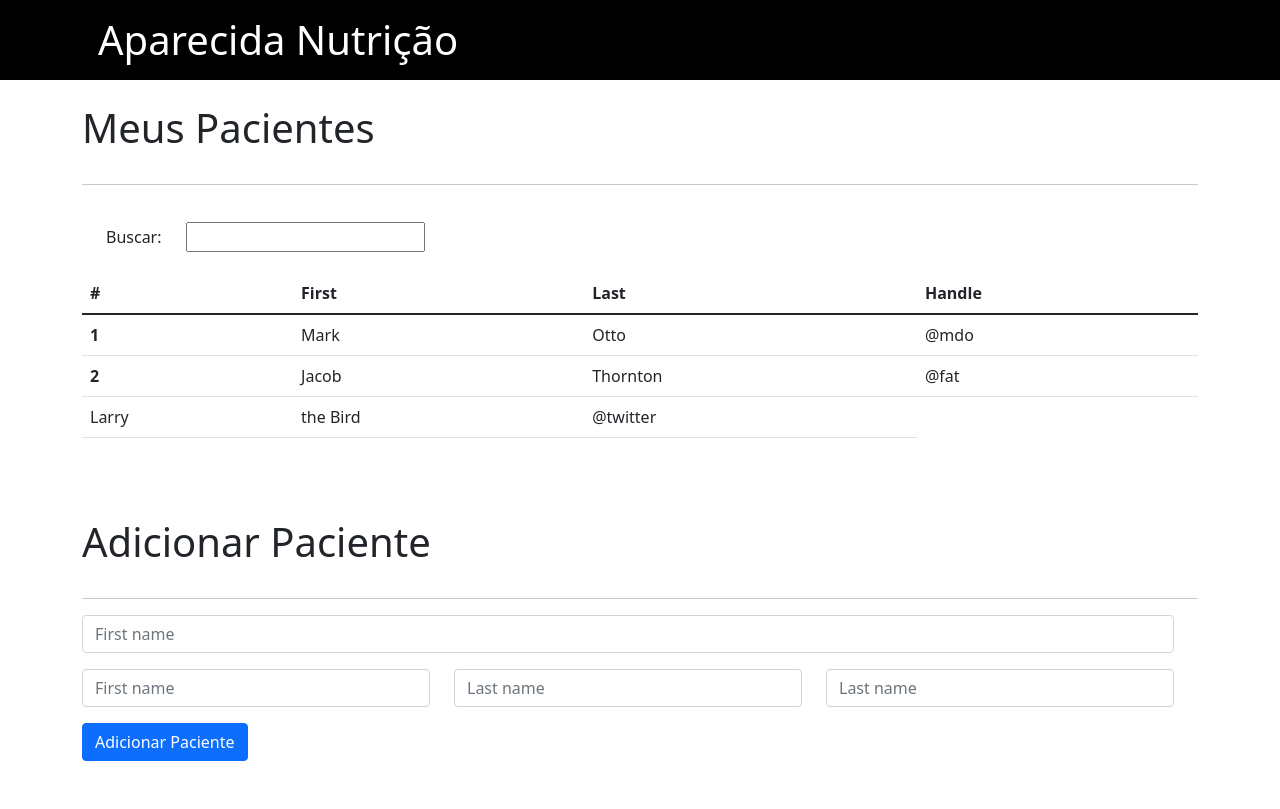
Repository: eversonps/app-paciente
Page: / (app in frontend/)
These files come from the project's save history. The page is drawn as it stood at one moment and after the next save; the edit follows.
The browser window is 1280 px wide. The pictures show the whole page.
The project was rebuilt for these pictures with package versions that can differ from the ones it lists, and the page was loaded fresh each time.

Above is the page before, as saved 2022-03-28 14:44:14.

### frontend/src/index.js
import React from 'react';
import ReactDOM from 'react-dom';
import './index.css';
import App from './App';
import  '../node_modules/bootstrap/dist/css/bootstrap.min.css'

ReactDOM.render(
    <App />,
    document.getElementById('root')
);

### frontend/src/App.jsx
import Header from "./components/Header";
import MyPacients from "./components/MyPacients";
import Main from "./components/Main"
import AddPacient from "./components/AddPacient";

function App() {
  return (
    <div className="App">
        <Header></Header>
        <Main>
            <MyPacients></MyPacients>
            <AddPacient></AddPacient>
        </Main>
    </div>
  );
}

export default App;

### frontend/src/components/Header.jsx
import React from "react";

export default props => {
    return (
        <header className="bg-black">
            <div className="container">
                <h1 className="text-white p-3">Aparecida Nutrição</h1>
            </div>
        </header>
    )
}

### frontend/src/components/MyPacients.jsx
import React from "react";
import FilterPacients from "../Templates/FilterPacients";
import Table from "../Templates/Table";
import Title from "../Templates/Title";

export default props => (
    <div>
        <Title name="Meus Pacientes"></Title>

        <FilterPacients></FilterPacients>
        <Table></Table>
    </div>
)

### frontend/src/components/Main.jsx
import React from "react";

export default props => (
    <main className="container">
        {props.children}
    </main>
)

### frontend/src/components/AddPacient.jsx
import React from "react";
import FormPacients from "../Templates/FormPacients";
import Title from "../Templates/Title"
import Button from "../Templates/Button";

export default props => (
    <div className="py-5">
        <Title name="Adicionar Paciente"></Title>
        <FormPacients></FormPacients>
        <div className="mt-3">
            <Button type="primary" name="Adicionar Paciente"></Button>
        </div>
    </div>
)

### frontend/src/Templates/FilterPacients.jsx
import React from "react";

export default props => (
    <div>
        <label className="m-4">Buscar: </label>
        <input type="text" />
    </div>
)

### frontend/src/Templates/Table.jsx
import React from "react";

export default props => (
    <div>
        <table class="table">
        <thead class="thead-dark">
            <tr>
                <th scope="col">#</th>
                <th scope="col">First</th>
                <th scope="col">Last</th>
                <th scope="col">Handle</th>
            </tr>
        </thead>
        <tbody>
            <tr>
                <th scope="row">1</th>
                <td>Mark</td>
                <td>Otto</td>
                <td>@mdo</td>
            </tr>
                <tr>
                <th scope="row">2</th>
                <td>Jacob</td>
                <td>Thornton</td>
                <td>@fat</td>
                </tr>
            <tr>
                <td>Larry</td>
                <td>the Bird</td>
                <td>@twitter</td>
                </tr>
            </tbody>
        </table>
    </div>

)

### frontend/src/Templates/Title.jsx
import React from "react";

export default props => (
    <div>
        <h1 className="pt-3 py-3">{props.name}</h1>
        <hr />
    </div>
)

### frontend/src/Templates/FormPacients.jsx
import React from "react";

export default props => (
    <form>
        <div className="row">
            <div className="row mb-3">
                <div className="col">
                    <input type="text" className="form-control" placeholder="First name" />
                </div>
            </div>
            <div className="row">
                <div className="col">
                    <input type="text" className="form-control" placeholder="First name" />
                </div>
                <div className="col">
                    <input type="text" className="form-control" placeholder="Last name" />
                </div>
                <div className="col">
                    <input type="text" className="form-control" placeholder="Last name" />
                </div>
            </div>
        </div>
    </form>
)

### frontend/src/Templates/Button.jsx
import React from "react";

export default props => (
    <button type="button" class={`btn btn-${props.type}`}>{props.name}</button>
)

Loaded but not shown: frontend/public/index.html (common file); frontend/src/index.css (common file)

After the next save:
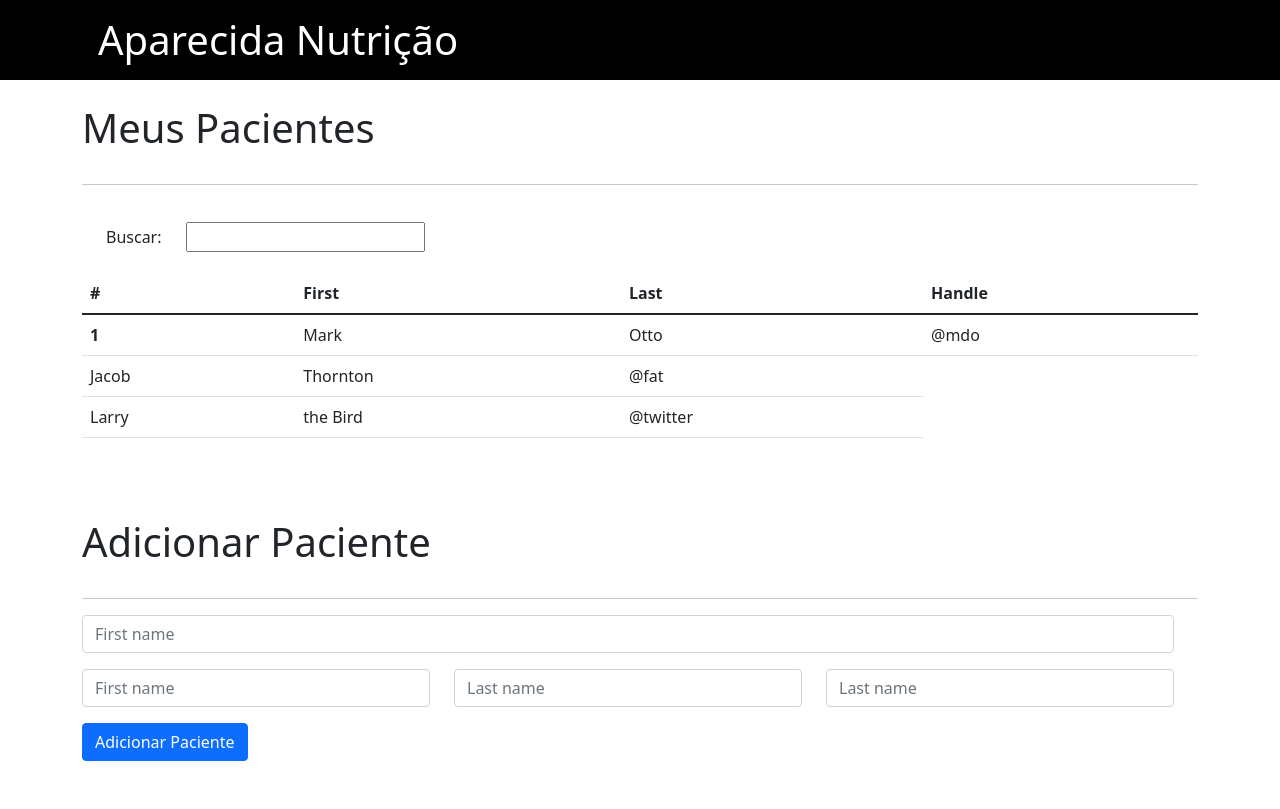
Saved 7 s later.
--- a/frontend/src/Templates/Table.jsx
+++ b/frontend/src/Templates/Table.jsx
@@ -19,7 +19,6 @@ export default props => (
                 <td>@mdo</td>
             </tr>
                 <tr>
-                <th scope="row">2</th>
                 <td>Jacob</td>
                 <td>Thornton</td>
                 <td>@fat</td>
